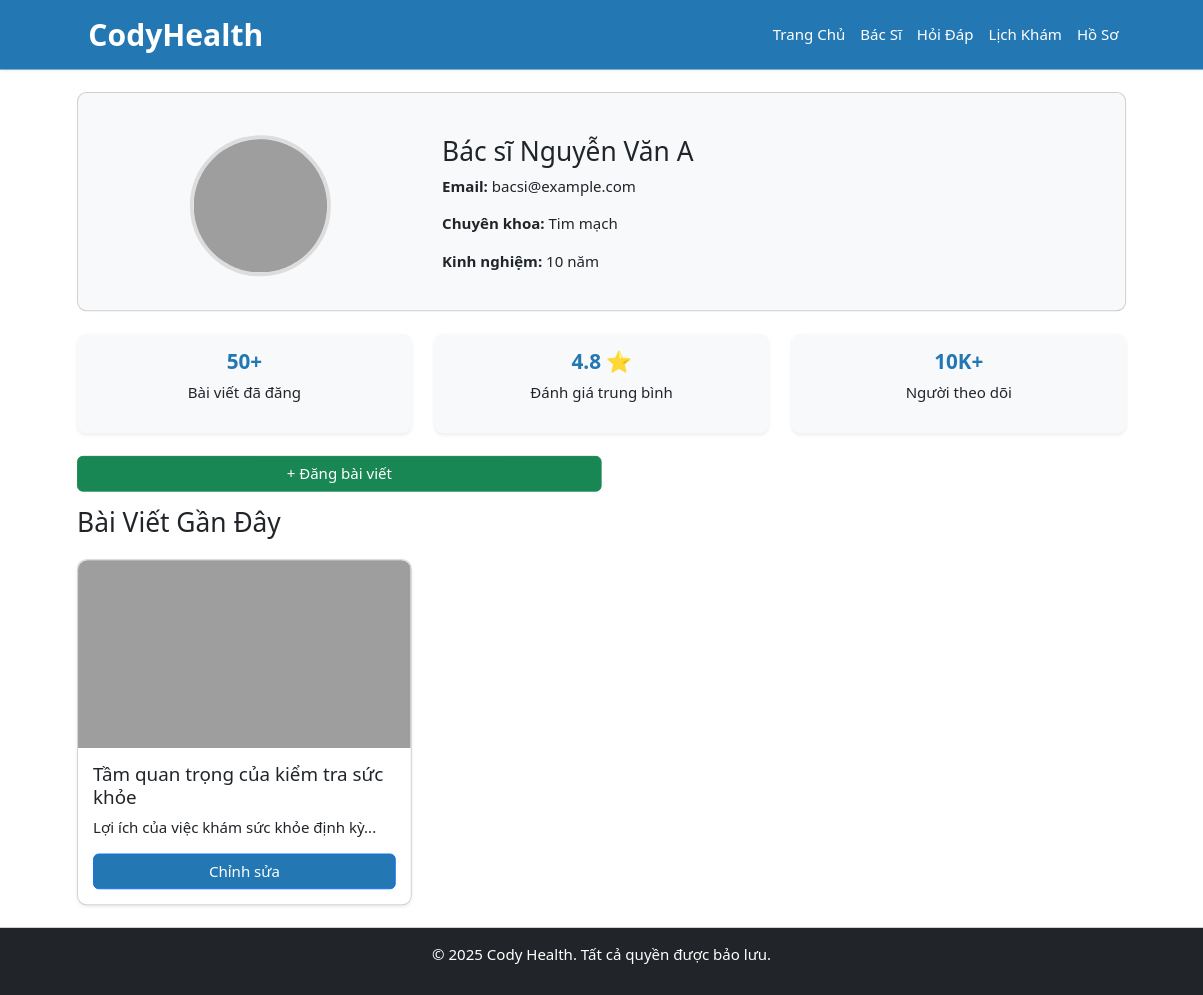
Repository: JonesKhaii/CodySocial
Page: tests/web-test/account.html
These files come from the project's save history. The page is drawn as it stood at one moment and after the next save; the edit follows.
The browser window is 1280 px wide. The pictures show the whole page, at 94% of full size.
Pictures or frames that could not be fetched are drawn as grey boxes.

Above is the page before, as saved 2025-02-10 02:26:57.

### tests/web-test/account.html
<!DOCTYPE html>
<html lang="vi">
    <head>
        <title>Hồ Sơ Bác Sĩ</title>
        <meta charset="UTF-8" />
        <meta name="viewport" content="width=device-width, initial-scale=1.0" />
        <link
            href="https://cdn.jsdelivr.net/npm/bootstrap@5.2.3/dist/css/bootstrap.min.css"
            rel="stylesheet"
        />
        <link rel="stylesheet" href="asset/css/mystyle.css" />
        <script src="https://code.jquery.com/jquery-3.6.1.min.js"></script>
    </head>

    <body>
        <header
            class="navbar navbar-expand-lg navbar-light bg-primary shadow-sm"
        >
            <div class="container">
                <a class="navbar-brand fs-2 text-white" href="index.html"
                    >CodyHealth</a
                >
                <button
                    class="navbar-toggler"
                    type="button"
                    data-bs-toggle="collapse"
                    data-bs-target="#navbarNav"
                >
                    <span class="navbar-toggler-icon"></span>
                </button>
                <div class="collapse navbar-collapse" id="navbarNav">
                    <ul class="navbar-nav ms-auto">
                        <li class="nav-item">
                            <a class="nav-link text-white" href="index.html"
                                >Trang Chủ</a
                            >
                        </li>
                        <li class="nav-item">
                            <a class="nav-link text-white" href="#">Bác Sĩ</a>
                        </li>
                        <li class="nav-item">
                            <a class="nav-link text-white" href="#">Hỏi Đáp</a>
                        </li>
                        <li class="nav-item">
                            <a class="nav-link text-white" href="#"
                                >Lịch Khám</a
                            >
                        </li>
                        <li class="nav-item">
                            <a class="nav-link text-white active" href="#"
                                >Hồ Sơ</a
                            >
                        </li>
                    </ul>
                </div>
            </div>
        </header>

        <div class="container mt-4">
            <!-- Hồ sơ bác sĩ -->
            <div class="card profile-card p-4 mb-4">
                <div class="row">
                    <div class="col-md-4 text-center">
                        <img
                            src="asset/images/doctor.jpg"
                            class="profile-img rounded-circle"
                            alt="Bác sĩ"
                        />
                    </div>
                    <div class="col-md-8">
                        <h3>Bác sĩ Nguyễn Văn A</h3>
                        <p><strong>Email:</strong> bacsi@example.com</p>
                        <p><strong>Chuyên khoa:</strong> Tim mạch</p>
                        <p><strong>Kinh nghiệm:</strong> 10 năm</p>
                    </div>
                </div>
            </div>

            <!-- Thống kê nhanh -->
            <div class="row mb-4">
                <div class="col-md-4">
                    <div class="stat-card shadow-sm p-3 text-center">
                        <h4>50+</h4>
                        <p>Bài viết đã đăng</p>
                    </div>
                </div>
                <div class="col-md-4">
                    <div class="stat-card shadow-sm p-3 text-center">
                        <h4>4.8 ⭐</h4>
                        <p>Đánh giá trung bình</p>
                    </div>
                </div>
                <div class="col-md-4">
                    <div class="stat-card shadow-sm p-3 text-center">
                        <h4>10K+</h4>
                        <p>Người theo dõi</p>
                    </div>
                </div>
            </div>

            <!-- Nút đăng bài -->
            <button id="togglePostForm" class="btn btn-success w-50 mb-3">
                + Đăng bài viết
            </button>

            <!-- Form đăng bài viết (Ẩn mặc định) -->
            <div
                id="postArticleSection"
                class="card p-4 mb-4"
                style="display: none"
            >
                <h3>Đăng bài viết mới</h3>
                <form id="postArticleForm">
                    <div class="mb-3">
                        <label for="articleTitle" class="form-label"
                            >Tiêu đề bài viết</label
                        >
                        <input
                            type="text"
                            class="form-control"
                            id="articleTitle"
                            required
                        />
                    </div>
                    <div class="mb-3">
                        <label for="articleCategory" class="form-label"
                            >Chuyên mục</label
                        >
                        <select class="form-select" id="articleCategory">
                            <option>Sức khỏe tổng quát</option>
                            <option>Tim mạch</option>
                            <option>Dinh dưỡng</option>
                        </select>
                    </div>
                    <div class="mb-3">
                        <label for="articleImage" class="form-label"
                            >Hình ảnh</label
                        >
                        <input
                            type="file"
                            class="form-control"
                            id="articleImage"
                        />
                    </div>
                    <div class="mb-3">
                        <label for="articleContent" class="form-label"
                            >Nội dung</label
                        >
                        <textarea
                            class="form-control"
                            id="articleContent"
                            rows="4"
                            required
                        ></textarea>
                    </div>
                    <button type="submit" class="btn btn-success">
                        Đăng bài viết
                    </button>
                </form>
            </div>

            <!-- Danh sách bài viết gần đây -->
            <h3 class="mb-3">Bài Viết Gần Đây</h3>
            <div class="row" id="DoctorArticles">
                <div class="col-md-4">
                    <div class="card shadow-sm">
                        <img
                            src="asset/images/post/article1.jpg"
                            class="card-img-top"
                            alt="Bài viết 1"
                        />
                        <div class="card-body">
                            <h5 class="card-title">
                                Tầm quan trọng của kiểm tra sức khỏe
                            </h5>
                            <p class="card-text">
                                Lợi ích của việc khám sức khỏe định kỳ...
                            </p>
                            <button class="btn btn-primary w-100">
                                Chỉnh sửa
                            </button>
                        </div>
                    </div>
                </div>
            </div>
        </div>

        <footer class="footer text-white text-center mt-4 p-3 bg-dark">
            <p>© 2025 Cody Health. Tất cả quyền được bảo lưu.</p>
        </footer>

        <script src="asset/js/main.js"></script>
    </body>
</html>

### tests/web-test/asset/css/mystyle.css
.btn-primary {
    background-color: #2377b3 !important;
}
header.bg-primary {
    background-color: #2377b3 !important;
}
.navbar-toggler {
    border-color: #fff; /* Đổi màu viền thành trắng */
}

.navbar-toggler-icon {
    filter: invert(1); /* Đảo màu từ đen sang trắng */
}

/*General*/
h1 {
    color: #05223c;
    font-weight: bold;
}

h4 {
    color: #05223c;
    font-weight: bold;
}

.container-fluid {
    margin-top: 4%;
    margin-bottom: 2%;
}

.col-4 > p {
    margin-top: 3%;
    margin-bottom: 1%;
}

.col-4 > p > ol {
    margin-bottom: 1%;
}

.row {
    margin-top: 2% !important;
}

.col-12 > h1 {
    text-align: center;
}
/*End General*/

/*Header*/
header > .navbar {
    padding: 0px;
    border-top: 10px solid #747474;
    border-bottom: 10px solid #747474;
}

.Header {
    background-color: #747474;
    padding: 0px;
    margin: 0px;
}

#navbarSupportedContent {
    flex-grow: 0;
}

.navbar-toggler {
    margin-right: 12px;
    float: right;
}
header .navbar-brand {
    font-weight: 700;
    margin-left: 12px;
    width: 40px;
}
/*End Header*/

/* Dãy banner nhỏ */
.small-banner {
    width: 100%;
    height: 120px;
    object-fit: cover;
    border-radius: 10px;
    transition: transform 0.3s ease-in-out;
}

.small-banner:hover {
    transform: scale(1.05);
}

/*Body*/
form.nosubmit {
    border: none;
    padding: 0;
}

input.nosubmit {
    border-radius: 10px;
    width: 98%;
    border: 1px solid #555;
    display: block;
    padding: 9px 4px 9px 40px;
    background: transparent
        url("data:[embedded picture, 348 characters]")
        no-repeat 13px center;
}

#Ordem > option,
#Genero > option {
    text-align: left;
}

#Ordem,
#Genero {
    margin-right: 4%;
    float: right;
    border: 1px solid black;
    color: #5b5b5b;
    font-weight: bold;
}

#Games > div > img {
    width: 100%;
    height: 250px;
}

#Games > div {
    margin-top: 2%;
}

#Games > div > a {
    margin-top: 1.5%;
    color: black;
    text-decoration: none;
    font-size: 1.25rem;
    margin-top: 0;
    margin-bottom: 0.5rem;
    font-weight: 500;
    line-height: 1.2;
}

#Games > div > a:hover {
    color: gray;
}

#Publisher > div > img {
    width: 100%;
    height: 250px;
}

#Desc > img {
    height: 450px;
}

/* Ảnh của bài viếtviết */

.card {
    border-radius: 10px;
    transition: transform 0.3s ease-in-out;
}

.card:hover {
    transform: scale(1.03);
}

.card-img-top {
    height: 200px;
    object-fit: cover;
    border-top-left-radius: 10px;
    border-top-right-radius: 10px;
}

/* Tác giả nổi bật */
#PopularAuthors {
    display: flex;
    flex-wrap: wrap;
    justify-content: center;
}

.author-card {
    background-color: #f8f9fa;
    border-radius: 10px;
    padding: 15px;
    text-align: center;
    margin: 10px;
    transition: transform 0.3s ease-in-out;
    width: 220px;
}

.author-card:hover {
    transform: scale(1.05);
}

.author-card img {
    width: 80px;
    height: 80px;
    border-radius: 50%;
    margin-bottom: 10px;
}

.author-card h5 {
    font-size: 18px;
    font-weight: bold;
}

.author-card p {
    font-size: 14px;
    color: #6c757d;
}

/*Footer*----------------------------------------------------------------------------------------------------------/
/* Footer */
.footer {
    background-color: #2377b3; /* Màu xanh chủ đạo */
    padding: 30px 0;
    font-size: 16px;
}

/* Tiêu đề */
.footer h4 {
    font-size: 20px;
    font-weight: bold;
    margin-bottom: 10px;
}

/* Mạng xã hội */
.social-icons a {
    display: inline-block;
    margin: 0 10px;
    transition: transform 0.3s ease-in-out;
}

.social-icons img {
    width: 30px;
    height: 30px;
}

.social-icons a:hover {
    transform: scale(1.2);
}

/* Bản quyền */
.copyright {
    border-top: 1px solid rgba(255, 255, 255, 0.2);
    padding-top: 15px;
    font-size: 14px;
}

/* Hồ sơ bác sĩ */
.profile-card {
    border-radius: 10px;
    background-color: #f8f9fa;
}
.profile-img {
    width: 150px;
    height: 150px;
    object-fit: cover;
    border: 4px solid #ddd;
}

/* Bài viết đã đăng */
/* Hồ sơ bác sĩ */
.profile-card {
    border-radius: 10px;
    background-color: #f8f9fa;
}
.profile-img {
    width: 150px;
    height: 150px;
    object-fit: cover;
    border: 4px solid #ddd;
}

/* Thống kê nhanh */
.stat-card {
    border-radius: 10px;
    background-color: #f8f9fa;
}
.stat-card h4 {
    font-size: 22px;
    font-weight: bold;
    color: #2377b3;
}

/* Hiệu ứng card */
.card {
    transition: transform 0.3s ease-in-out;
}
.card:hover {
    transform: scale(1.03);
}

/* RESPONSIVE ----------------------------------------------------------------------------------------------------------------*/
@media (max-width: 1200px) {
    #Games > div > img {
        height: 180px;
    }
    #Publisher > div > img {
        height: 180px;
    }
}

@media (max-width: 1065px) {
    #Desc > img {
        height: 450px;
    }
}

@media (max-width: 990px) {
    #Desc > img {
        height: 370px;
    }
}

@media (max-width: 768px) {
    #Games > div > img {
        height: 250px;
    }
    #Publisher > div > img {
        height: 250px;
    }
    #Desc > img {
        height: 270px;
    }
}

@media (max-width: 610px) {
    #Desc > img {
        height: 230px;
    }
}

@media (max-width: 450px) {
    #Games > div > img {
        height: 180px;
    }
    #Publisher > div > img {
        height: 180px;
    }
    #Desc > img {
        height: 180px;
    }
}

@media (max-width: 350px) {
    #Desc > img {
        height: 140px;
    }
}

@media (max-width: 990px) {
    #About > div > div > div > #Ico {
        width: 6%;
    }
    #About > div > div > div > #Social {
        width: 8%;
    }
}

@media (max-width: 760px) {
    #About > div > div > div > #Ico {
        width: 8%;
    }
    #About > div > div > div > #Social {
        width: 10%;
    }
}

footer {
    background-color: #b2b2b2;
    font-size: small;
    width: 100%;
}

footer > div > img {
    float: right;
    padding-right: 15px;
}
/*Fim Footer*/

### tests/web-test/asset/js/main.js
$(document).ready(function () {
    loadArticles(false, window.screen.width);
});

// Biến đếm số trang để tải thêm bài viết
var countArticles = 1;

// Sự kiện khi nhấn nút "Tải thêm bài viết"
$("#PlusArticles").click(function () {
    countArticles += 1;
    loadArticles(false, window.screen.width);
});

// Sự kiện khi nhấn nút "Thu gọn bài viết"
$("#CollapseArticles").click(function () {
    countArticles = 1;
    loadArticles(true, window.screen.width);
    $("#CollapseArticles").hide(); // Ẩn nút "Thu gọn bài viết" sau khi reset danh sách
});

// Sự kiện thay đổi thể loại bài viết
$("#Genero").on('change', function () {
    countArticles = 1;
    loadArticles(true, window.screen.width);
});

// Sự kiện tìm kiếm bài viết
$('#Pesquisar').on('input', function () {
    countArticles = 1;
    loadArticles(true, window.screen.width);
});

// Hàm tải bài viết từ file JSON
function loadArticles(clearArticles, w_width) {
    if (clearArticles) {
        $("#Articles").empty();
        countArticles = 1; // Reset số trang khi tìm kiếm hoặc lọc thể loại
    }

    $.getJSON("asset/js/articles.json", function (data) {
        let selectedCategory = $("#Genero option:selected").text(); // Lấy thể loại được chọn

        // Nếu không phải "Tất cả", lọc bài viết theo thể loại
        if (selectedCategory !== "Tất cả") {
            data = data.filter(article => article.category === selectedCategory);
        }

        let startIndex = (countArticles - 1) * 6; // Lấy tiếp 6 bài mới khi tải thêm
        let articlesToShow = data.slice(startIndex, startIndex + 6);

        articlesToShow.forEach(article => {
            let articleHtml = `
                <div class="col-md-4">
                    <div class="card mb-3 shadow-sm mt-3">
                        <img src="${article.image}" class="card-img-top" alt="${article.title}">
                        <div class="card-body">
                            <h5 class="card-title">${article.title}</h5>
                            <h6 class="card-subtitle mb-2 text-muted">${article.category}</h6>
                            <p class="card-text">${article.content.substring(0, 100)}...</p>
                            <p class="card-text"><small class="text-muted">Tác giả: ${article.author} - ${article.published_date}</small></p>
                            <a href="article-detail.html?id=${article.id}" class="btn btn-primary">Xem chi tiết</a>
                        </div>
                    </div>
                </div>
            `;
            $("#Articles").append(articleHtml);
        });

        // Ẩn nút "Tải thêm bài viết" nếu không còn bài mới
        if (startIndex + 6 >= data.length) {
            $("#PlusArticles").hide();
        } else {
            $("#PlusArticles").show();
        }

        // Hiển thị nút "Thu gọn bài viết" nếu có nhiều bài viết
        if (countArticles > 1) {
            $("#CollapseArticles").show();
        } else {
            $("#CollapseArticles").hide();
        }
    }).fail(function () {
        console.error("Không thể tải dữ liệu từ articles.json");
    });
}

// Hàm xác định số cột hiển thị dựa trên kích thước màn hình
function getColumnSize(w_width) {
    if (w_width <= 768) return 12;  // 1 cột trên màn hình nhỏ
    if (w_width > 768 && w_width <= 990) return 6; // 2 cột trên màn hình trung bình
    return 4; // 3 cột trên màn hình lớn
}

// Hàm điều chỉnh bố cục khi thay đổi kích thước cửa sổ
function adjustLayout(width) {
    $('#Articles').children().each(function () {
        $(this).attr('class', `col-${getColumnSize(width)}`);
    });
}

// Tải danh sách tác giả
document.addEventListener("DOMContentLoaded", function () {
    loadPopularAuthors();
});

function loadPopularAuthors() {
    fetch("asset/js/authors.json")
        .then(response => response.json())
        .then(authors => {
            const authorsContainer = document.getElementById("PopularAuthors");
            authorsContainer.innerHTML = "";

            authors.forEach(author => {
                const authorCard = `
                    <div class="col-md-3">
                        <a href="author-detail.html?id=${author.id}" class="text-decoration-none text-dark">
                            <div class="card shadow-sm p-3 text-center author-card">
                                <img src="${author.image}" alt="${author.name}" class="rounded-circle mb-2" style="width: 80px; height: 80px;">
                                <h5>${author.name}</h5>
                                <p class="text-muted">${author.field}</p>
                            </div>
                        </a>
                    </div>
                `;
                authorsContainer.innerHTML += authorCard;
            });
        })
        .catch(error => console.error("Không thể tải dữ liệu từ authors.json", error));
}


// Form đăng bài viết
$(document).ready(function () {
    $("#togglePostForm").click(function () {
        $("#postArticleSection").slideToggle();
    });
});

### tests/web-test/asset/js/authors.json
[
    {
        "id": 1,
        "name": "Bác sĩ Nguyễn Văn A",
        "field": "Chuyên gia Tim mạch",
        "image": "asset/images/users/doctor1.jpeg"
    },
    {
        "id": 2,
        "name": "Bác sĩ Trần Thị B",
        "field": "Chuyên gia Dinh dưỡng",
        "image": "asset/images/users/doctor1.jpeg"
    },
    {
        "id": 3,
        "name": "Bác sĩ Lê Hồng C",
        "field": "Bác sĩ Nội khoa",
        "image": "asset/images/users/doctor1.jpeg"
    },
    {
        "id": 4,
        "name": "Giáo sư Phạm Văn D",
        "field": "Nghiên cứu Y tế",
        "image": "asset/images/users/doctor1.jpeg"
    },
    {
        "id": 5,
        "name": "Tiến sĩ Hoàng Minh E",
        "field": "Chuyên gia Bệnh truyền nhiễm",
        "image": "asset/images/users/doctor1.jpeg"
    },
    {
        "id": 6,
        "name": "Bác sĩ Lê Văn F",
        "field": "Chăm sóc người cao tuổi",
        "image": "asset/images/users/doctor1.jpeg"
    },
    {
        "id": 7,
        "name": "Bác sĩ Nguyễn Thị G",
        "field": "Chuyên gia Sức khỏe phụ nữ",
        "image": "asset/images/users/doctor1.jpeg"
    },
    {
        "id": 8,
        "name": "Bác sĩ Phan Quốc H",
        "field": "Chuyên gia Sức khỏe nam giới",
        "image": "asset/images/users/doctor1.jpeg"
    }
]

Loaded but not shown: tests/web-test/asset/js/articles.json (137 lines, source omitted)

After the next save:
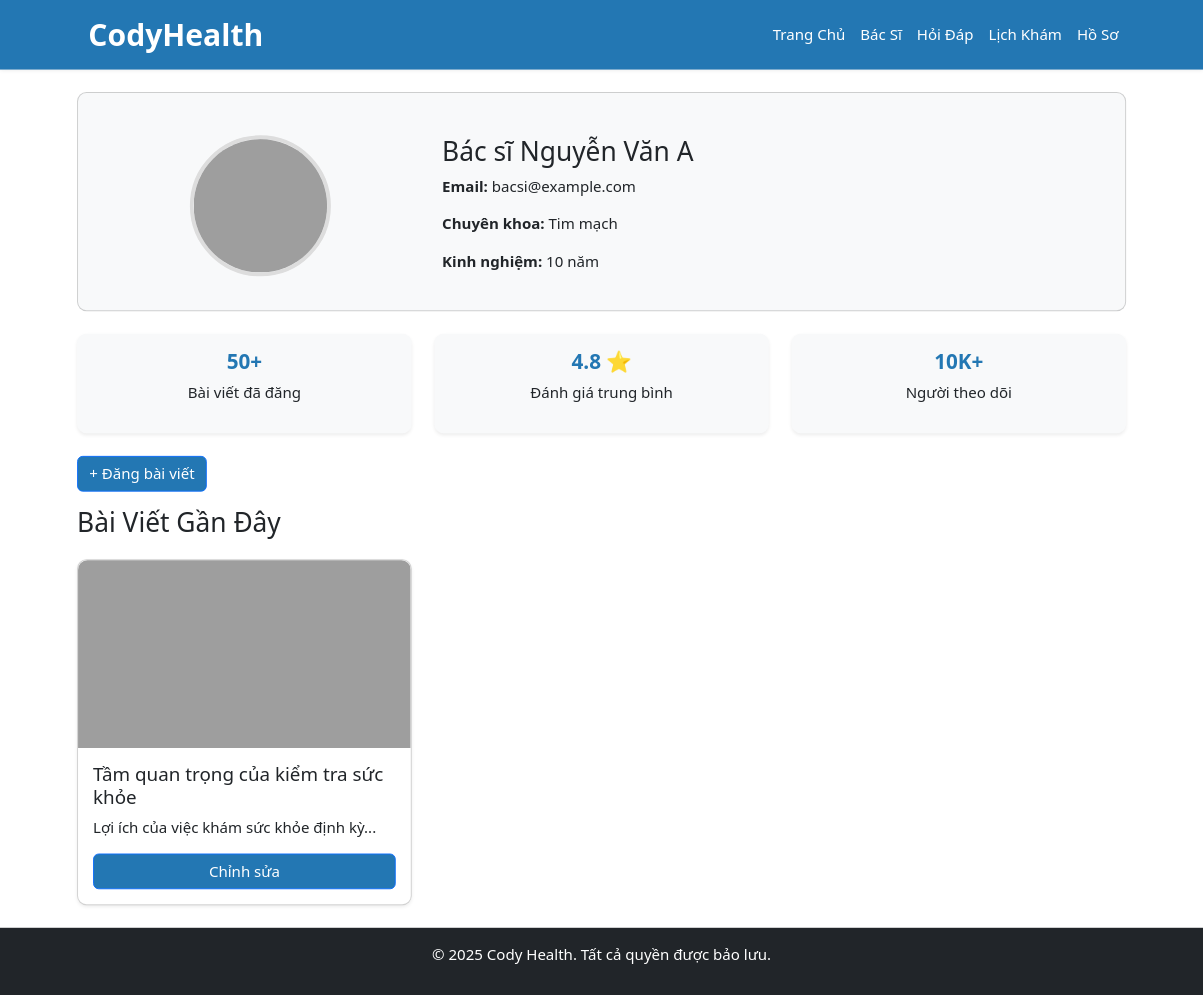
Saved 15 s later.
--- a/tests/web-test/account.html
+++ b/tests/web-test/account.html
@@ -99,7 +99,7 @@
             </div>
 
             <!-- Nút đăng bài -->
-            <button id="togglePostForm" class="btn btn-success w-50 mb-3">
+            <button id="togglePostForm" class="btn btn-primary mb-3">
                 + Đăng bài viết
             </button>
 
